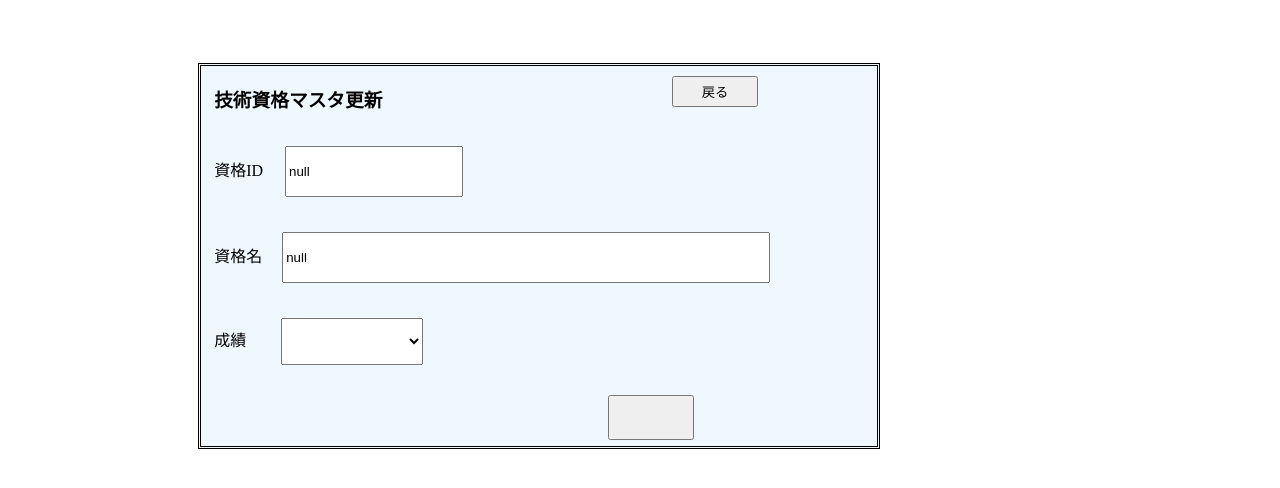
Repository: nguyenvantandev/WebApp
Page: http://localhost/EmployeeInfoSystem/SkillListUpdate.jsp
An editor plug-in stored every save of this project. The page is shown before and after the next save, followed by the edit.
The browser window is 1280 px wide. The pictures show the whole page.
Some web libraries are served in a nearby version. The page is served by Tomcat 9. Other server files are loaded and not shown.

Above is the page before, as saved 2016-06-13 00:57:11.
Console error: ReferenceError: $ is not defined

### EmployeeInfoSystem/WebContent/SkillListUpdate.jsp
<%@ page language="java" contentType="text/html; charset=UTF-8"
    pageEncoding="UTF-8"%>
<!DOCTYPE html PUBLIC "-//W3C//DTD HTML 4.01 Transitional//EN" "http://www.w3.org/TR/html4/loose.dtd">
<html>
<head>
<meta http-equiv="Content-Type" content="text/html; charset=UTF-8">
<link rel="stylesheet" type="text/css" href="css/SkillListUpdate.css">
<script type="text/javascript" src="js/SkillListUpdate.js"></script>

<title>技術資格マスタ更新画面</title>
</head>
<body onload="SkillListUpdate_load()">
<form action="GijutsuShikakuMasterUpdate" method="post" id="SkillListUpdate" name="SkillListUpdate">
<div>
<input type="button" id="modoru" name="modoru" value="戻る" onclick="modoru_click()">
<h3><b>技術資格マスタ更新</b></h3>
<label id="label_shikakuID">資格ID</label>
<input type="text" id="shikakuId" name="shikakuId" value="<%=request.getAttribute("shikakuId")%>" style="ime-mode: disabled;" maxlength="6"><br>

<label id="label_shikakumei">資格名</label>
<input type="text" id="shikakumei" name="shikakumei" value="<%=request.getAttribute("shikakumei")%>" maxlength="80"><br>
<label id="label_seiseki">成績</label>
<select id="seiseki" name="seiseki">
<option></option>
<option>無し</option>
<option>あり</option>
</select><br>
<input type="hidden" id="sex" name="sex" value="<%=request.getAttribute("sex")%>">
<input type="button" id="AddUpdate" name="AddUpdate" value="" onclick="AddUpdate_click()">
<input type="hidden" id="buttonChange" name="buttonChange" value="<%=request.getAttribute("buttonChange")%>">
</div>
<input type="hidden" id="skillListFrom_shikakuId" name="skillListFrom_shikakuId" value="<%=request.getAttribute("skillListFrom_shikakuId")%>">
<input type="hidden" id="hidden_shikakuId" name="hidden_shikakuId" value="<%=request.getAttribute("hidden_shikakuId")%>">
<input type="hidden" id="hidden_shikakumei" name="hidden_shikakumei" value="<%=request.getAttribute("hidden_shikakumei")%>">
<input type="hidden" id="hidden_seisekinashi" name="hidden_seisekinashi" value="<%=request.getAttribute("hidden_seisekinashi")%>">
<input type="hidden" id="hidden_seisekiari" name="hidden_seisekiari" value="<%=request.getAttribute("hidden_seisekiari")%>">
<input type="hidden" id="hidden_sakujosumi" name="hidden_sakujosumi" value="<%=request.getAttribute("hidden_sakujosumi")%>">
<input type="hidden" id="actionName" name="actionName">
<input type="hidden" id="errorMessage" name="errorMessage" value="<%=request.getAttribute("errorMessage")%>">
<input type="hidden" id="completeMessage" name="completeMessage" value="<%=request.getAttribute("completeMessage")%>">
<input type="hidden" id="serverErrorMessage" name="serverErrorMessage" value="<%=request.getAttribute("serverErrorMessage")%>">
<input type="hidden" id="actionValue" name="actionValue">
</form>
</body>
</html>

### EmployeeInfoSystem/WebContent/css/SkillListUpdate.css
@CHARSET "UTF-8";

div {
	height: 380px;
	margin-left: 15%;
	margin-top: 5%;
	margin-right: 31%;
	margin-bottom: 1%;
	border-style: double;
	background-color: aliceblue;
}

#modoru {
	width: 86px;
	height: 31px;
	margin-top: 10px;
	margin-right: 10px;
	margin-bottom: 10px;
	right: 40%;
	position: absolute;
}

#AddUpdate {
	width: 86px;
	height: 45px;
	margin-top: 10px;
	margin-right: 10px;
	margin-bottom: 10px;
	right: 45%;
	position: absolute;
}

#label_shikakuID {
	margin-left: 2%;
	margin-right: 18px;
}

#label_shikakumei {
	margin-left: 2%;
	margin-right: 16px;
}

#label_seiseki {
	margin-left: 2%;
	margin-right: 31px;
}

#shikakuId, #shikakumei, #seiseki {
	margin-top: 15px;
	margin-bottom: 20px;
}

#shikakuId {
	width: 170px;
	height: 45px;
}

#shikakumei {
	width: 480px;
	height: 45px;
}

#seiseki {
	height: 47px;
	width: 142px;
}

h3 {
	margin-left: 2%;
}

### EmployeeInfoSystem/WebContent/js/SkillListUpdate.js
function SkillListUpdate_load() {
	var shikakuId = document.getElementById("shikakuId").value;
	var shikakumei = document.getElementById("shikakumei").value;
	var firstSearch = document.getElementById("skillListFrom_shikakuId").value;
	var sex = document.getElementById("sex").value;
	if (sex == "1") {
		$('#seiseki').val("無し");
	} else if (sex == "0") {
		$('#seiseki').val("あり");
	} else {
		$('#seiseki').val("");
	}

	if (shikakuId != "null") {
		document.getElementById("shikakuId").disabled = true;
		document.getElementById("shikakuId").value = shikakuId;
		document.getElementById("actionValue").value = shikakuId;
	} else {
		document.getElementById("shikakuId").value = "";
	}
	if (shikakumei != "null") {
		document.getElementById("shikakumei").value = shikakumei;
	} else {
		document.getElementById("shikakumei").value = "";
	}

	var id = document.getElementById("hidden_shikakuId").value;
	if (id != "null") {
		document.getElementById("hidden_shikakuId").value = id;
	}

	var name = document.getElementById("hidden_shikakumei").value;
	if (name != "null") {
		document.getElementById("hidden_shikakumei").value = name;
	}

	var seisekinashi = document.getElementById("hidden_seisekinashi").value;
	if (seisekinashi != "null") {
		document.getElementById("hidden_seisekinashi").value = seisekinashi;
	}

	var seisekiari = document.getElementById("hidden_seisekiari").value;
	if (seisekiari != "null") {
		document.getElementById("hidden_seisekiari").value = seisekiari;
	}

	var sakujosumi = document.getElementById("hidden_sakujosumi").value;
	if (sakujosumi != "null") {
		document.getElementById("hidden_sakujosumi").value = sakujosumi;
	}

	var buttonChange = document.getElementById("buttonChange").value;
	if (buttonChange == "null") {
		document.getElementById("AddUpdate").value = "登録";
	} else {
		document.getElementById("AddUpdate").value = "更新";
	}
	var serverErrorMessage = document.getElementById("serverErrorMessage").value;
	if (serverErrorMessage != "null") {
		document.getElementById("AddUpdate").disabled = true;
		alert(serverErrorMessage);
		return false;
	}
	var errorMessage = document.getElementById("errorMessage").value;
	if (errorMessage != "null") {
		alert(errorMessage);
		document.getElementById("actionName").value = "エラー";
		document.getElementById("SkillListUpdate").submit();
		return false;
	}
	var completeMessage = document.getElementById("completeMessage").value;
	if (completeMessage != "null") {
		alert(completeMessage);
	}
	if (firstSearch != "null") {

		document.getElementById("actionName").value = "初期表示";
		document.getElementById("skillListFrom_shikakuId").value = firstSearch;
		document.getElementById("SkillListUpdate").submit();
	}

}

function modoru_click() {
	document.getElementById("actionName").value = "戻る";
	document.getElementById("SkillListUpdate").submit();
}

function AddUpdate_click() {
	var shikakuId = document.getElementById("shikakuId").value;
	var shikakumei = document.getElementById("shikakumei").value;
	var seiseki = document.getElementById("seiseki").value;
	if (shikakuId == "" || shikakuId == " " || shikakuId == "　") {
		alert("資格IDが未入力です。");
		return false;
	}
	if (shikakuId != "") {
		var regex = /^[A-Za-z0-9]+$/;
		if (!shikakuId.match(regex)) {
			alert("資格IDは半角英数字で入力してください。");
			return false;
		}
	}
	if (shikakumei == "" || shikakumei == " " || shikakumei == "　") {
		alert("資格名が未入力です。");
		return false;
	}
	if (seiseki == "") {
		alert("成績が未選択です。");
		return false;
	}

	var Val = document.getElementById("AddUpdate").value;
	var conf;
	if (Val == "登録") {
		conf = confirm("資格を登録してよろしいですか？");
	} else if (Val == "更新") {
		conf = confirm("資格を更新してよろしいですか？");
	}
	if (conf == true) {
		document.getElementById("actionName").value = Val;
		document.getElementById("SkillListUpdate").submit();
	} else {
		return false;
	}
}

After the next save:
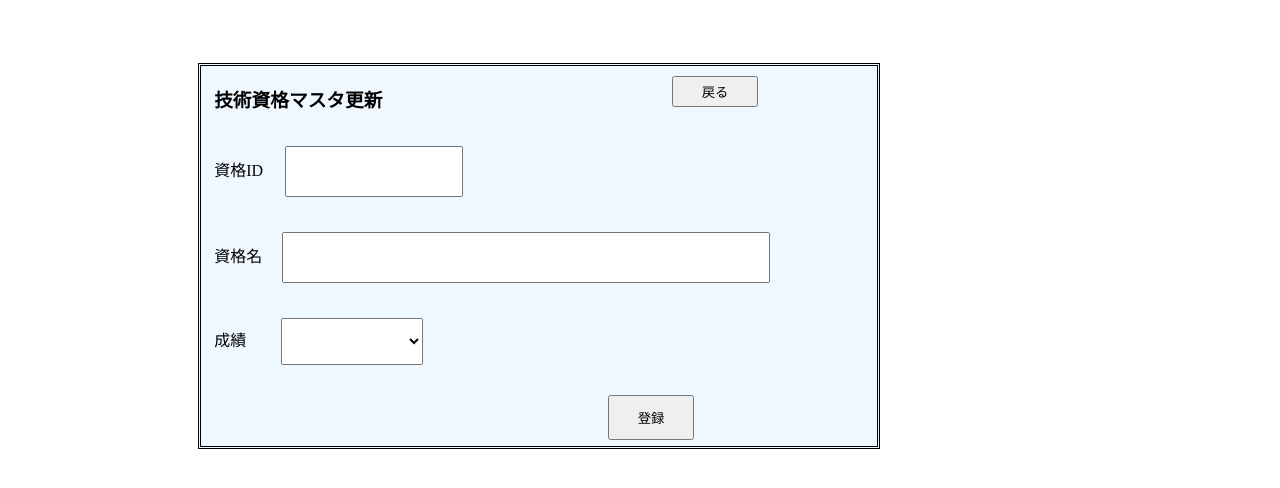
The error is gone.
Saved 97 min 41 s later.
--- a/EmployeeInfoSystem/WebContent/SkillListUpdate.jsp
+++ b/EmployeeInfoSystem/WebContent/SkillListUpdate.jsp
@@ -6,6 +6,7 @@
 <meta http-equiv="Content-Type" content="text/html; charset=UTF-8">
 <link rel="stylesheet" type="text/css" href="css/SkillListUpdate.css">
 <script type="text/javascript" src="js/SkillListUpdate.js"></script>
+<script type="text/javascript" src="http://code.jquery.com/jquery-1.10.1.min.js"></script>
 
 <title>技術資格マスタ更新画面</title>
 </head>
